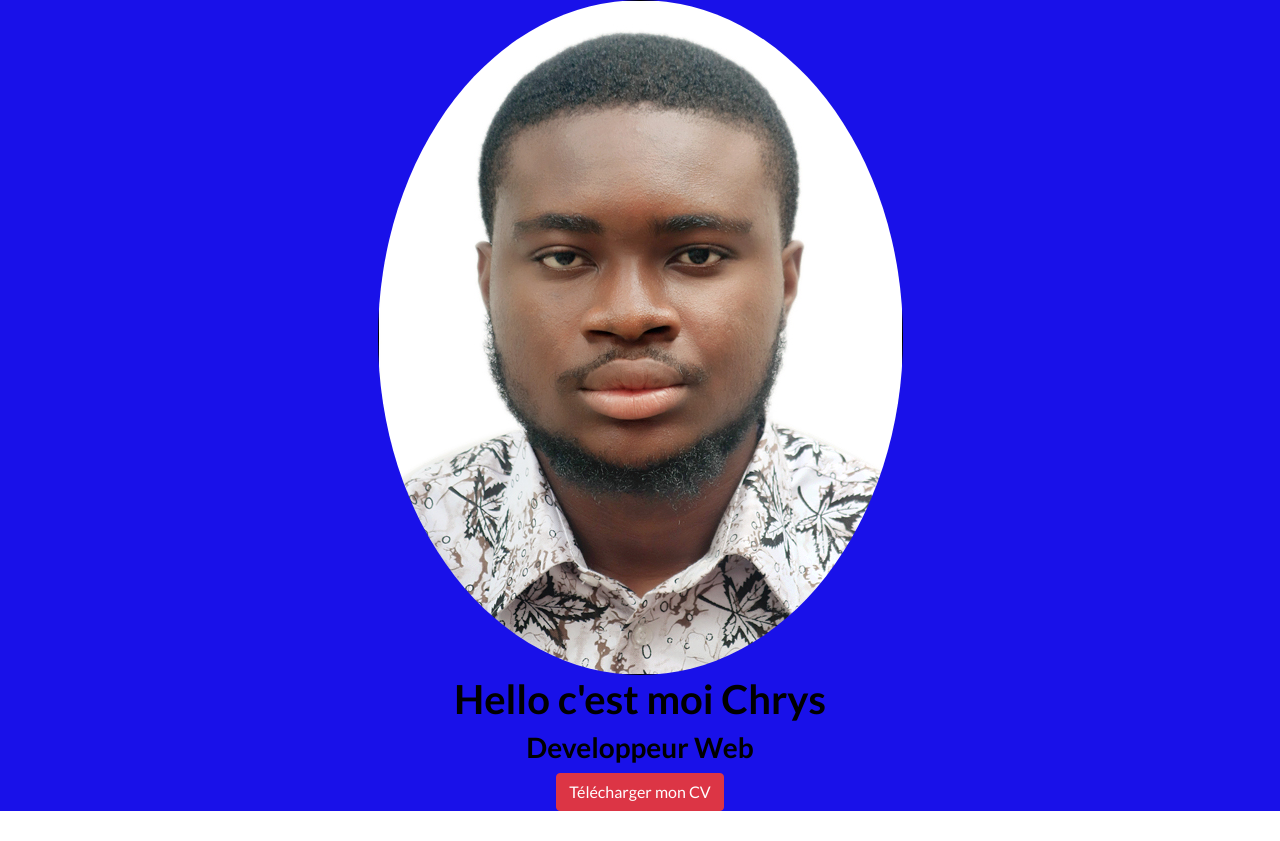
Repository: CHRYSOVR/CV_en_ligne_Interactif
Page: index.html
These files come from the project's save history. The page is drawn as it stood at one moment and after the next save; the edit follows.
The browser window is 1280 px wide. The pictures show the whole page.

Above is the page before, as saved 2025-07-07 15:03:11.
Console error: TypeError: Cannot read properties of undefined (reading 'fn')

After the next save:
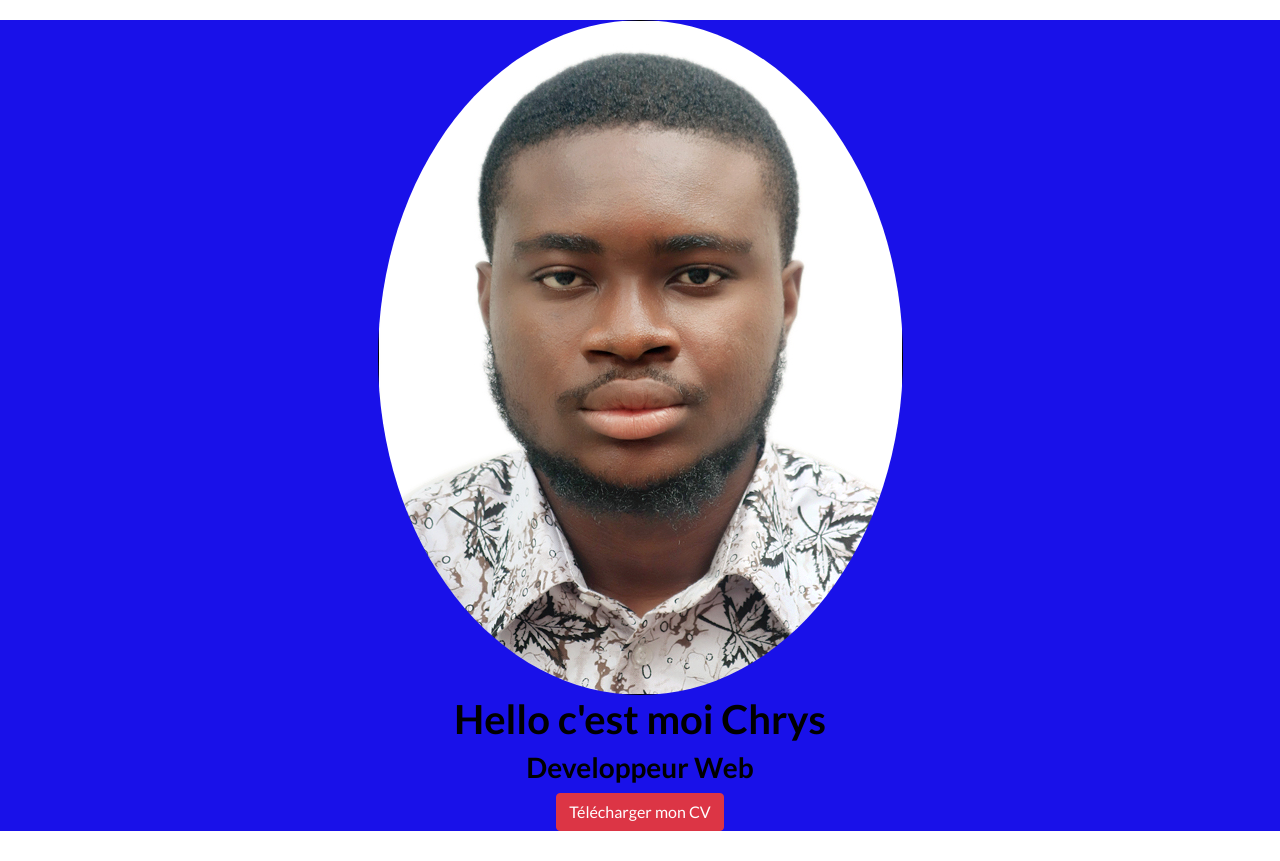
Saved 41 s later.
--- a/css/style.css
+++ b/css/style.css
@@ -15,6 +15,6 @@
 }
 .profile-picture{
     text-align: center;
-    margin: 0 auto 30px;
+    margin: 20px auto 30px;
 
 }

After the save that followed:
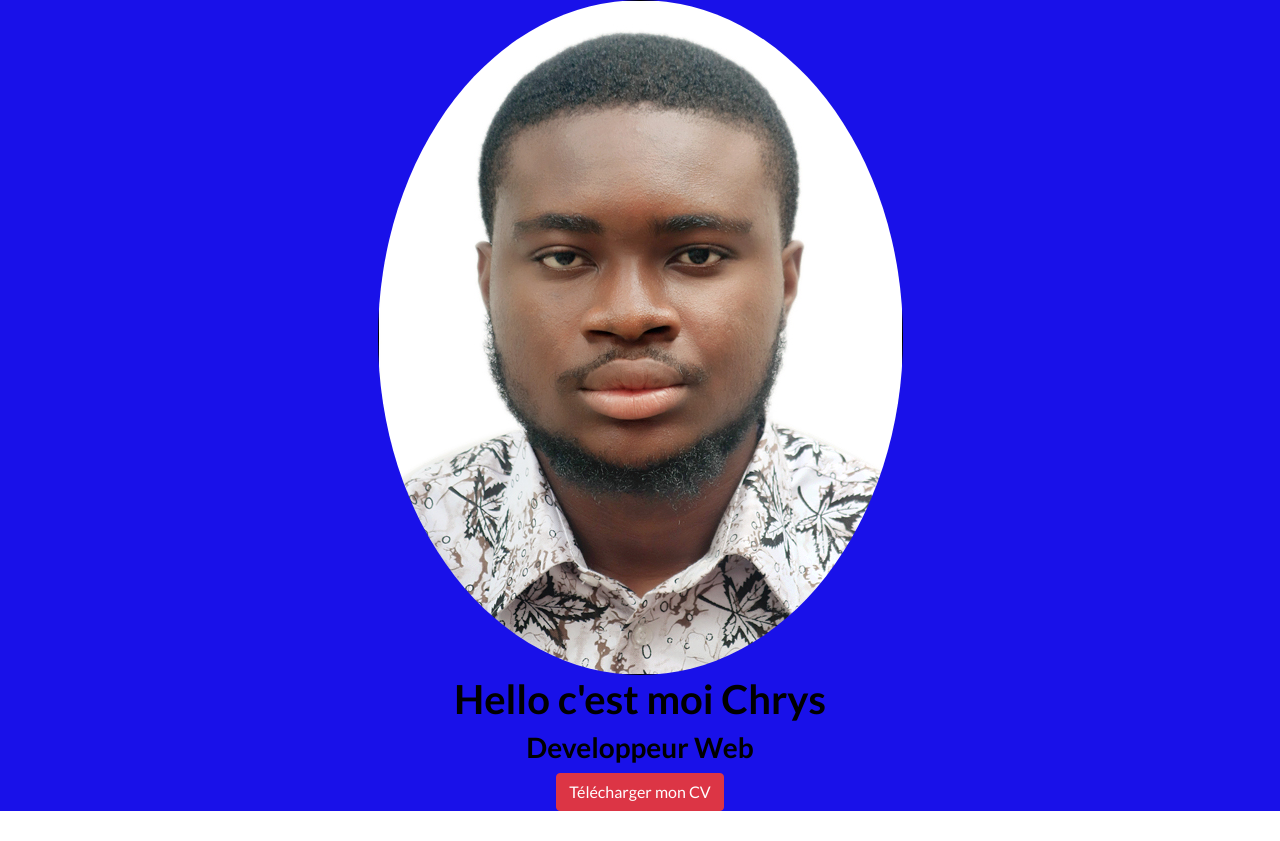
Saved 21 s later.
--- a/css/style.css
+++ b/css/style.css
@@ -15,6 +15,6 @@
 }
 .profile-picture{
     text-align: center;
-    margin: 20px auto 30px;
+    margin: 0 auto 30px;
 
 }
